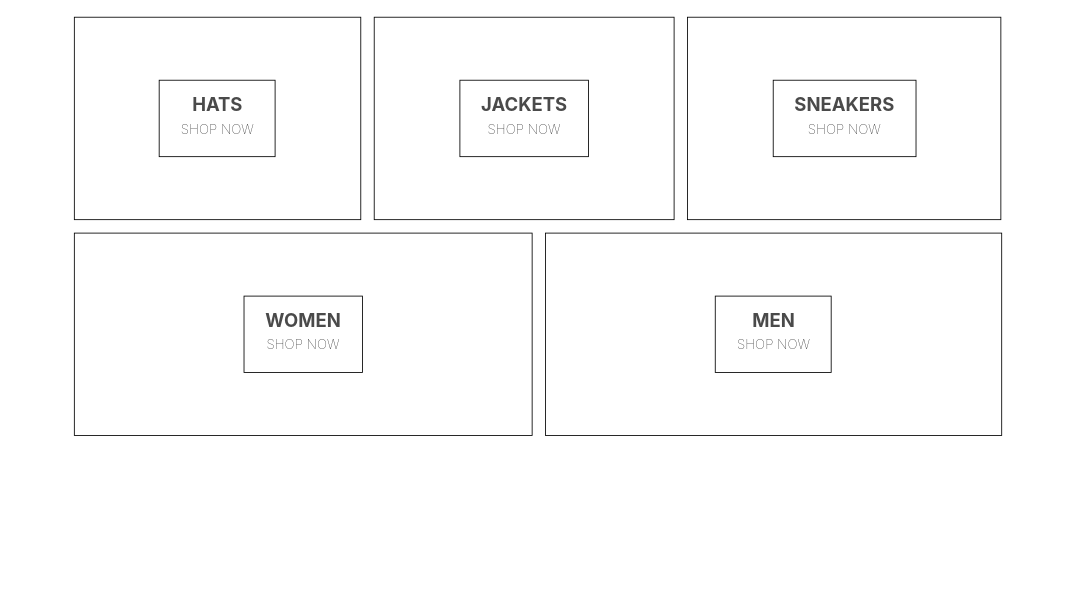
Repository: Daga01/clothing-ecommerce
Page: /
An editor plug-in stored every save of this project. The page is shown before and after the next save, followed by the edit.
The browser window is 1280 px wide. The pictures show the whole page, at 84% of full size.
The project was rebuilt for these pictures with package versions that can differ from the ones it lists, and the page was loaded fresh each time. Also part of the build but not shown: src/App.css.

Above is the page before, as saved 2020-01-30 17:16:40.

### src/App.js
import React from 'react';
import './App.css';
import HomePage from './homepage.component'

function App() {
  return (
    <div>
      <HomePage/>
    </div>
  );
}

export default App;

### src/homepage.component.jsx
import React from 'react';
import './homepage.styles.scss'

const HomePage = () => (
  <div className='homepage'>
    <div className='directory-menu'>
      <div className='menu-item'>
        <div className='content'>
          <h1 className='title'>HATS</h1>
          <span className='subtitle'>SHOP NOW</span>
        </div>
      </div>
      <div className='menu-item'>
        <div className='content'>
          <h1 className='title'>JACKETS</h1>
          <span className='subtitle'>SHOP NOW</span>
        </div>
      </div>
      <div className='menu-item'>
        <div className='content'>
          <h1 className='title'>SNEAKERS</h1>
          <span className='subtitle'>SHOP NOW</span>
        </div>
      </div>
      <div className='menu-item'>
        <div className='content'>
          <h1 className='title'>WOMEN</h1>
          <span className='subtitle'>SHOP NOW</span>
        </div>
      </div>
      <div className='menu-item'>
        <div className='content'>
          <h1 className='title'>MEN</h1>
          <span className='subtitle'>SHOP NOW</span>
        </div>
      </div>
    </div>
  </div>
);

export default HomePage;

### src/homepage.styles.scss
.homepage {
  display: flex;
  flex-direction: column;
  align-items: center;
  padding: 20px 80px;
}

.directory-menu {
  width: 100%;
  display: flex;
  flex-wrap: wrap;
  justify-content: space-between;
}

.menu-item {
  min-width: 30%;
  height: 240px;
  flex: 1 1 auto;
  display: flex;
  align-items: center;
  justify-content: center;
  border: 1px solid black;
  margin: 0 7.5px 15px;

  &:first-child {
    margin-right: 7.5px;
  }

  &:last-child {
    margin-left: 7.7px;
  }

  .content {
    height: 90px;
    padding: 0 25px;
    display: flex;
    flex-direction: column;
    align-items: center;
    border: 1px solid black;

    .title {
      font-weight: bold;
      margin-bottom:6px;
      font-size: 22px;
      color: #4a4a4a;
    }

    .subtitle {
      font-weight: lighter;
      font-size: 16px;
    }
  }
}

Loaded but not shown: public/index.html (common file); src/index.js (common file); src/index.css (common file)

After the next save:
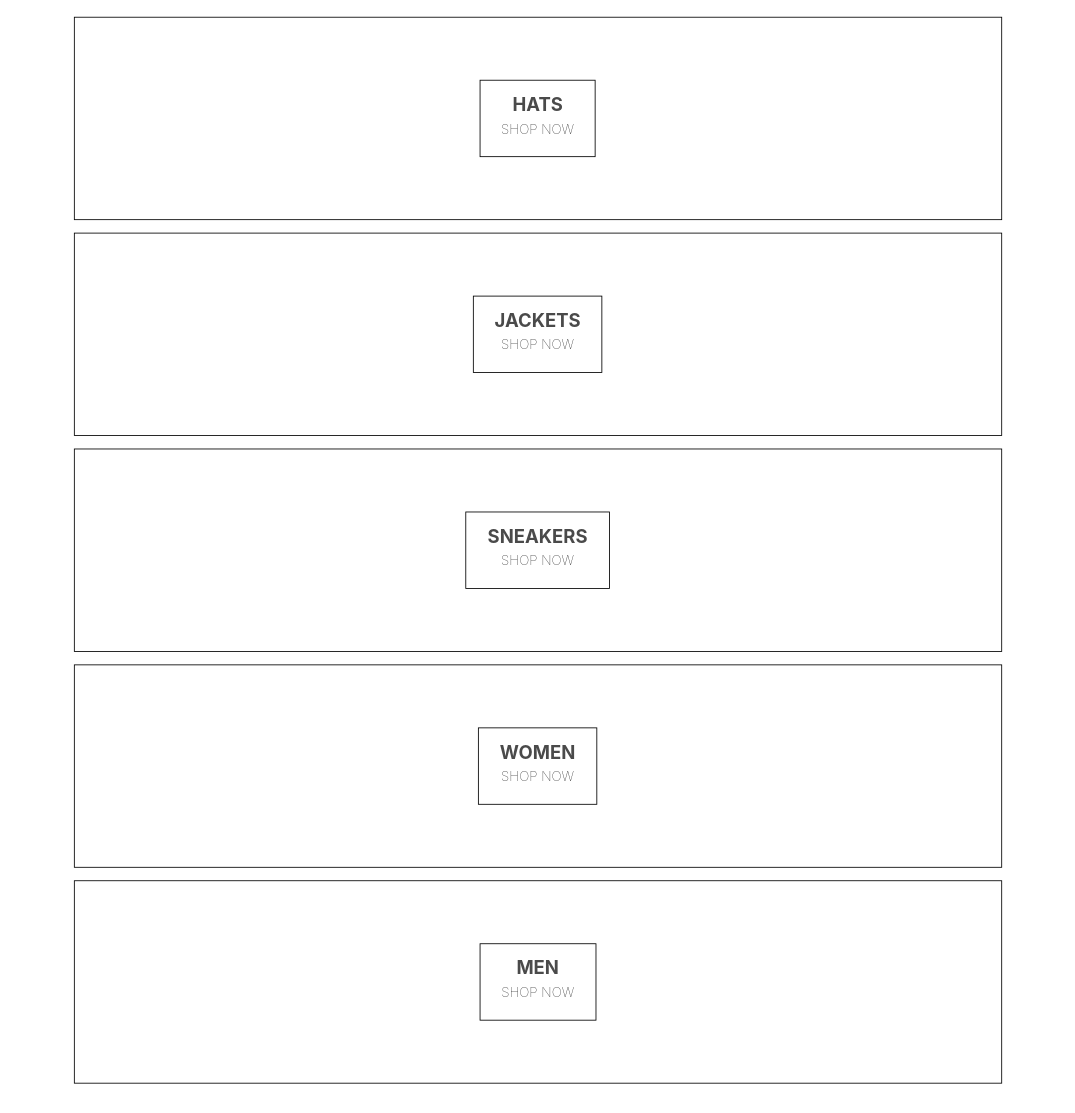
Saved 42 s later.
--- a/src/homepage.styles.scss
+++ b/src/homepage.styles.scss
@@ -13,7 +13,7 @@
 }
 
 .menu-item {
-  min-width: 30%;
+  min-width: 50%;
   height: 240px;
   flex: 1 1 auto;
   display: flex;
